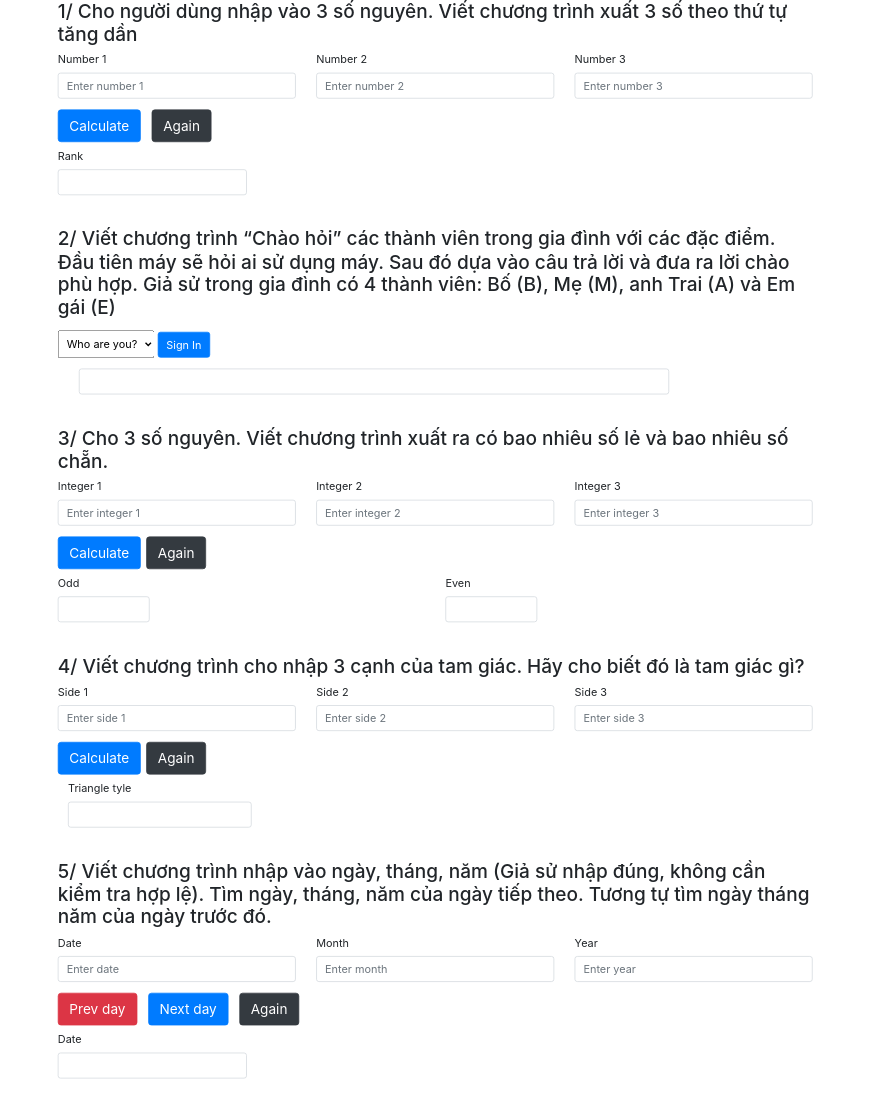
Repository: baobaodeveloper/bootscamp21__jsbasic__HuynhAnhBao
Page: index.html
An editor plug-in stored every save of this project. The page is shown before and after the next save, followed by the edit.
The browser window is 1280 px wide. The pictures show the whole page, at 68% of full size.

Above is the page before, as saved 2022-03-10 23:07:53.

After the next save:
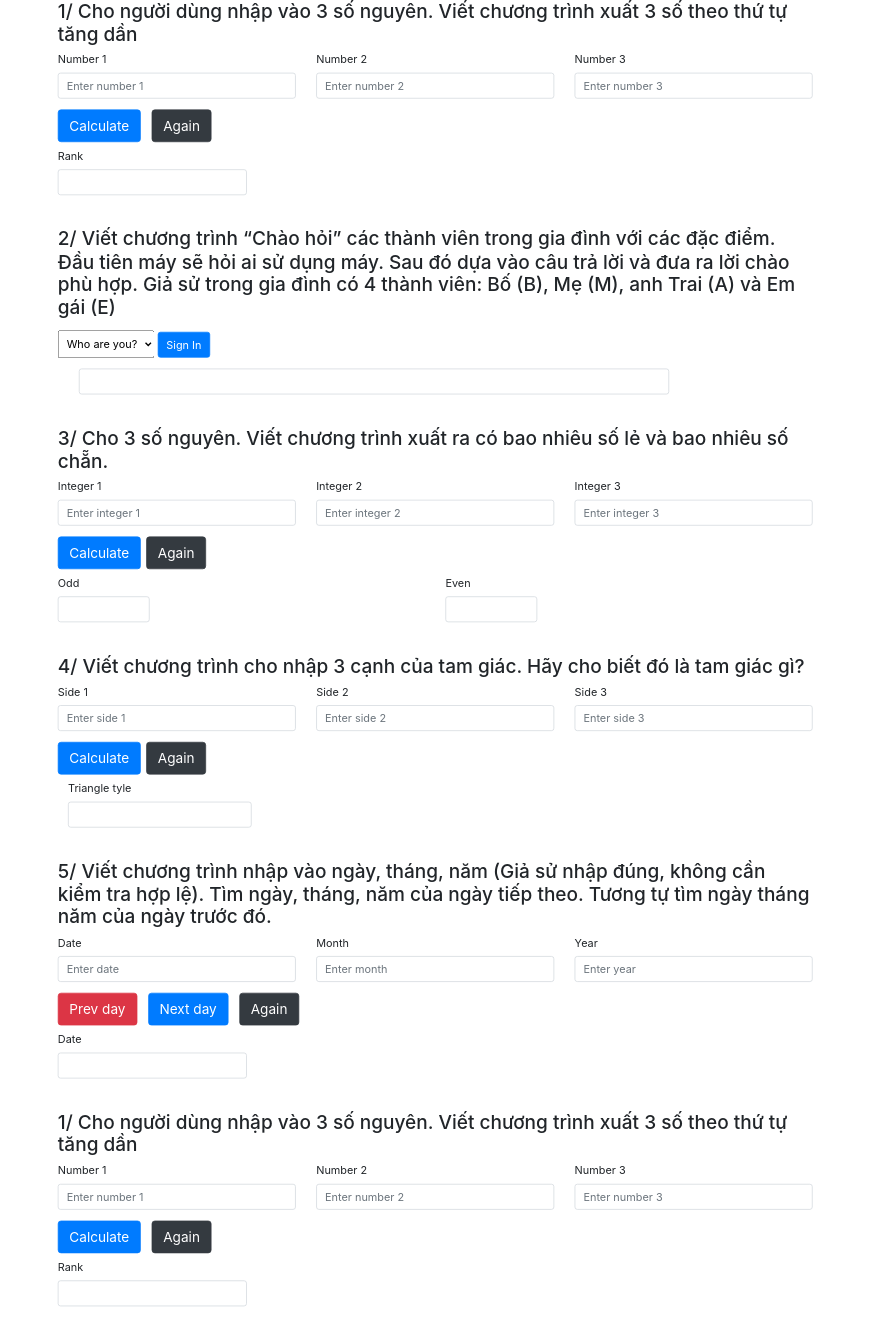
Saved 20 s later.
--- a/index.html
+++ b/index.html
@@ -293,6 +293,60 @@
 
     <!-- Viết chương trình nhập vào tháng, năm. Cho biết tháng đó có bao nhiêu ngày. (bao gồm
     tháng của năm nhuận).-->
+    <div class="container mb-xl-5">
+      <h3>
+        1/ Cho người dùng nhập vào 3 số nguyên. Viết chương trình xuất 3 số theo
+        thứ tự tăng dần
+      </h3>
+
+      <div class="row">
+        <div class="col">
+          <label class="form-label">Number 1</label>
+          <input
+            type="number"
+            class="form-control num1"
+            placeholder="Enter number 1"
+          />
+        </div>
+        <div class="col">
+          <label class="form-label">Number 2</label>
+          <input
+            type="number"
+            class="form-control num2"
+            placeholder="Enter number 2"
+          />
+        </div>
+        <div class="col">
+          <label class="form-label">Number 3</label>
+          <input
+            type="number"
+            class="form-control num3"
+            placeholder="Enter number 3"
+          />
+        </div>
+      </div>
+
+      <div class="d-flex">
+        <button
+          type="button "
+          class="btn btn-primary btn-lg mt-3 mb-2 btn-rank mr-3"
+        >
+          Calculate
+        </button>
+
+        <button
+          type="button "
+          class="btn btn-dark btn-lg mt-3 mb-2 btn-again-rank"
+        >
+          Again
+        </button>
+      </div>
+
+      <div class="mt-3 m-auto">
+        <label class="form-label">Rank</label>
+        <input type="text" class="form-control w-25 result1" />
+      </div>
+    </div>
 
     <!-- Optional JavaScript -->
     <!-- jQuery first, then Popper.js, then Bootstrap JS -->
